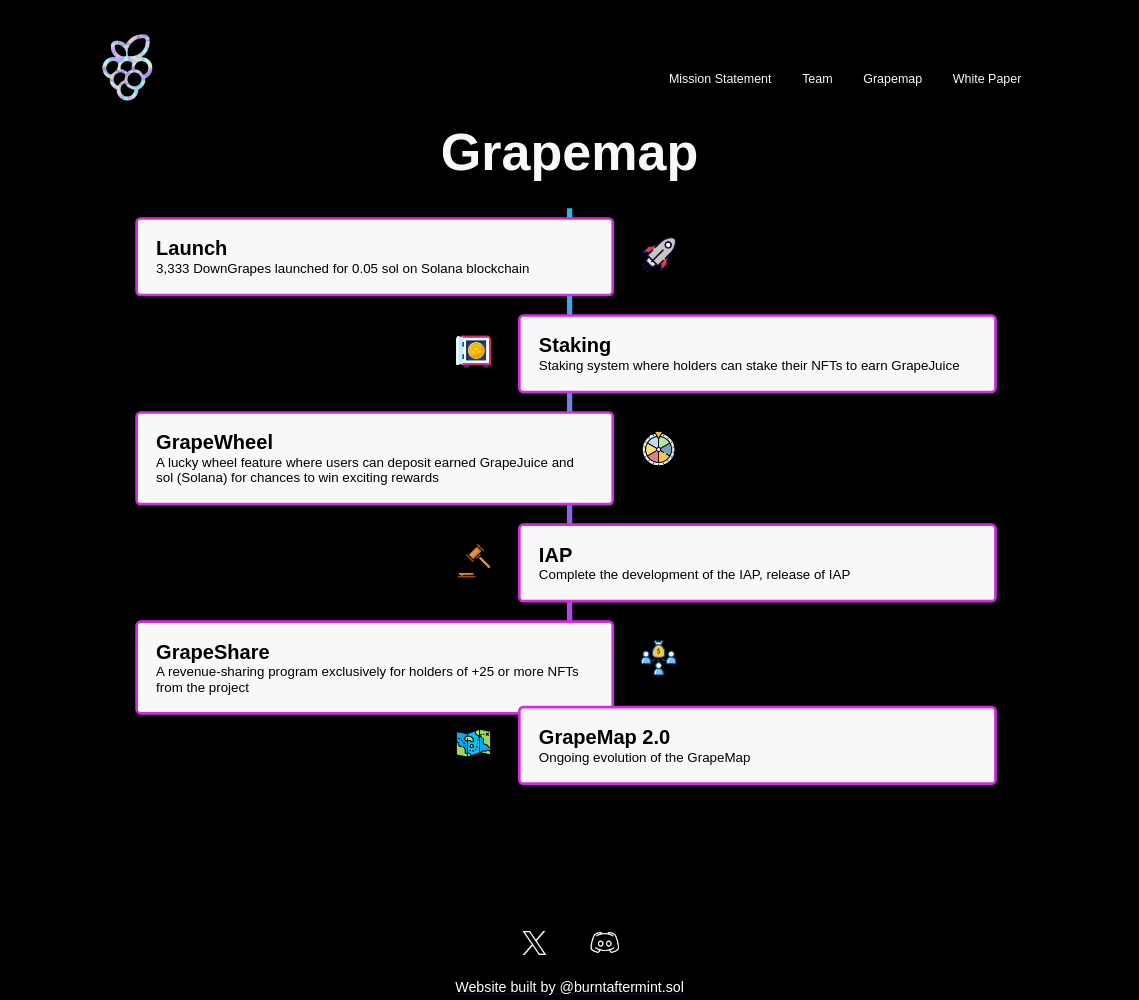
Repository: burntaftermint/downgrApes-NFTs
Page: grapemap.html
An editor plug-in stored every save of this project. The page is shown before and after the next save, followed by the edit.
The browser window is 1280 px wide. The pictures show the whole page, at 89% of full size.

Above is the page before, as saved 2023-11-11 05:23:08.

### grapemap.html
<!DOCTYPE html>
<html lang="en">
<head>
    <meta charset="UTF-8">
    <meta name="viewport" content="width=device-width, initial-scale=1.0">
    <title>DownGrapes</title>
    <link rel="icon" href="images/dg_pfp_hq_400x400.png" type="image/x-icon">
    <link rel="stylesheet" href="style.css">
</head>
<body>
    <div class="container">
        <div class="navbar">
            <a href="index.html"><img src="images/menu-small.png" class="logo"></a>
            <nav>
                <ul id="menuList">
                    <li><a href="index.html#Mission">Mission Statement</a></li>
                    <li><a href="index.html#TeamPart">Team</a></li>
                    <li><a href="#roadmap">Grapemap</a></li>
                    <li><a href="DowngrApes_IAP_WHITEPAPER.pdf" target="_blank">White Paper</a></li>


                </ul>
            </nav>
            <img src="images/icons8-menu-64.png" class="menu-icon"
            onclick="togglemenu()">
        </div>


    <section id="roadmap">
        <div class="roadmap-header">
        <h3>Grapemap</h3>
    </div>
        <div class="roadmap">

            <div class="roadmap-container left-container">
                <img src="images/rocket-launch.png" class="roadmap-logo">
                <div class="text-box">
                    <h2>Launch</h2>
                    <p>3,333 DownGrapes launched for 0.05 sol on Solana blockchain</p>
                </div>
            </div>
            <div class="roadmap-container right-container">
                <img src="images/proof-of-stake (1).png" class="roadmap-logo">
                <div class="text-box">
                    <h2>Staking</h2>
                    <p>Staking system where holders can stake their NFTs to earn GrapeJuice</p>
                </div>
            </div>
            <div class="roadmap-container left-container">
                <img src="images/wheel-of-fortune.png" class="roadmap-logo">
                <div class="text-box">
                    <h2>GrapeWheel</h2>
                    <p>A lucky wheel feature where users can deposit earned GrapeJuice and sol (Solana) for chances to win exciting rewards</p>
                </div>
            </div>
            <div class="roadmap-container right-container">
                <img src="images/gavel.png" class="roadmap-logo">
                <div class="text-box">
                    <h2>IAP</h2>
                    <p>Complete the development of the IAP, release of IAP</p>
                </div>
            </div>
            <div class="roadmap-container left-container">
                <img src="images/revenue.png" class="roadmap-logo">
                <div class="text-box">
                    <h2>GrapeShare</h2>
                    <p>A revenue-sharing program exclusively for holders of +25 or more NFTs from the project </p>
                </div>
            </div>
            <div class="roadmap-container right-container">
                <img src="images/treasure-map.png" class="roadmap-logo">
                <div class="text-box">
                    <h2>GrapeMap 2.0</h2>
                    <p>Ongoing evolution of the GrapeMap</p>
                </div>
            </div>
        </div>
    </section>
        <div class="social-links">
            <a href="https://twitter.com/DowngrApes_NFT" target="_blank"><img src="images/x.png"></a>
            <a href="https://discord.gg/7pSKxcd4rk" target="_blank"><img src="images/discord.png"></a>
        </div>
    </div>
    <div class="social__media">

        <a href="https://twitter.com/burntaftermint" target="_blank"><p class="website__rights">Website built by @burntaftermint.sol</p></a>
        <div class="social__icons">
            <a href="/" class="social__icon--link">

            </a>
        </div>
    </div>
    <script>
        var menuList = document.getElementById("menuList");

        menuList.style.maxHeight = "0px";

        function togglemenu() {

            if(menuList.style.maxHeight == "0px")
            {
                menuList.style.maxHeight = "130px";
            }
            else
            {
                menuList.style.maxHeight = "0px";
            }
        }
    </script>
</body>
</html>

### style.css
* {
    margin: 0;
    padding: 0;
    font-family: sans-serif;


}

body {
    background-color: black;
}

html{
    scroll-behavior: smooth;
}

.container {
    width: 100%;
    min-height: 100vh;
    padding-left: 8%;
    padding-right: 8%;
    box-sizing: border-box;
    overflow: hidden;
}

.navbar {
    width: 100%;
    display: flex;
    align-items: center;
}

.logo {
    width: 80px;
    cursor: pointer;
    margin: 30px 0;
}

.menu-icon {
    width: 25px;
    cursor: pointer;
    display: none;
}

nav {
    flex: 1;
    text-align: right;
}

nav ul li {
    list-style: none;
    display: inline-block;
    margin-right: 30px;
}

nav ul li a {
    text-decoration: none;
    color: #f8f8f8;
    font-size: 14px;
}

nav ul li a:hover {
    color: rgb(211, 43, 226);
}

.row {
    color: #f8f8f8;
    display: flex;
    justify-content: space-between;
    align-items: center;
    margin: 100px 0;
}
.col-1 {
    flex-basis: 40%;
    position: relative;
    margin-left: 50px;
}

.col-1 h2 {
    font-size: 54px;
}

.col-1 h4 {
    font-size: 30px;
    color: rgb(211, 43, 226);
    font-weight: 100;
    margin: 20px 0 10px;
}

button {
    width: 140px;
    border: 0;
    padding: 12px 10px;
    outline: none;
    color: #f8f8f8;
    background: linear-gradient(to right, rgb(43, 186, 226), rgb(211, 43, 226));
    border-radius: 6px;
    cursor: pointer;
}

.col-1::after {
    content: '';
    width: 10px;
    height:85%;
    background: linear-gradient( rgb(43, 186, 226), rgb(211, 43, 226));
    position: absolute;
    left: -40px;
    top: 8px;
}

.col-2 {
    position: relative;
    flex-basis: 60%;
    display: flex;
    align-items: center;
}

.col-2 .nft {
    width: 70%;
    padding-left: 100px;
}

.social-links img {
    height: 35px;
    margin: 20px;
    cursor: pointer;
}

.social-links {
    text-align: center;
}

.team-pic {
    display: flex;
    max-width: 1200px;
    width: 100%;
    flex-wrap: wrap;
    object-fit: cover;
    justify-content: center;
}

.member {
    width: 300px;
    height: 300px;
    object-fit: cover;
    object-position: bottom;
    padding: 5px;
}

.member:hover {
    cursor: pointer;
    opacity: 0.5;
    transition: 0.2s;
}

.member-link {
    text-decoration: solid;
    color: #f8f8f8;
}

.member-link:hover {
    color: rgb(211, 43, 226);
}

.roadmap {
    position: relative;
    max-width: 1200px;
    margin: 100px auto;
}
.roadmap-header {
    position: relative;
    max-width: 1200px;
    margin: 100px auto;
    color: #f8f8f8;
    font-size: 50px;
    text-align: center;
    margin-top: -20px;
    margin-bottom: -70px;
}

.roadmap-container {
    padding: 10px 50px;
    position: relative;
    width: 50%;
    border-radius: 6px;
    animation: movedown 1s linear forwards;
    opacity: 0;
}
@keyframes movedown {
    0% {
        opacity: 1;
        transform: translateY(-30px);
    }
    100% {
        opacity: 1;
        transform: translateY(0px);
    }
}

.roadmap-container:nth-child(1){
    animation-delay: 0s;
}
.roadmap-container:nth-child(2){
    animation-delay: 1s;
}
.roadmap-container:nth-child(3){
    animation-delay: 2s;
}
.roadmap-container:nth-child(4){
    animation-delay: 3s;
}
.roadmap-container:nth-child(5){
    animation-delay: 4s;
}
.roadmap-container:nth-child(6){
    animation-delay: 5s;
}

.left-container {
    left: 0;
}

.right-container {
    left: 40%;
}

.text-box {
    color: black;
    padding: 20px 20px;
    background: #f8f8f8;
    position: relative;
    border-radius: 6px;
    font-size: 15px;
    border-style: solid;
    border-color: rgb(211, 43, 226);


}
.text-box h2 {
    font-weight: 600;
}

.roadmap-container img {
    position: absolute;
    width: 40px;
    border-radius: 20%;
    right: -20px;
    top: 32px;
    z-index: 10;
}

.right-container img {
    left: -20px;
}

.roadmap::after {
    content: '';
    position: absolute;
    width: 6px;
    height: 100%;
    background: linear-gradient( rgb(43, 186, 226), rgb(211, 43, 226));
    top: 0;
    left: 50%;
    margin-left: -3px;
    z-index: -1;
    animation: moveline 6s linear forwards;
}
@keyframes moveline {
    0% {
        height: 0;
    }
    100% {
        height: 100%;
    }
}



.team-card h3 {
    color: #f8f8f8;
    font-size: 54px;
    text-align: center;
    padding-bottom: 10px;
}
.team-card p {
    color: rgb(211, 43, 226);
    font-size: 20px;
    text-align: center;
    padding-bottom: 10px;
}

.social__media .website__rights {

    color: #fff;
    text-align: center;
    text-decoration: none;
    padding-bottom: 5px;

}

.social__media .website__rights:hover {
    color: rgb(211, 43, 226);
}

.roadmap h3 {
    color: #f8f8f8;
    font-size: 54px;
    text-align: center;
    padding-bottom: 10px;
}

.banner {
    justify-content: center;

}

.banner img {
    width: 70%;
    display: block;
    margin: auto;
    padding-right: 20px;

}

.burnt {
    width: 60px;
    display: block;
    margin: auto;

}



@media only screen and (max-width:700px) {
    nav ul {
        width: 50%;
        background: transparent;
        position: absolute;
        top: 75px;
        right: 0;
        z-index: 2;
        padding-top: 10px;
    }

    nav ul li {
        display: block;
        margin-top: 10px;
        margin-bottom: 10px;
    }
    nav ul li a {
        color: #fff;
    }
    .menu-icon {
        display: block;
    }
    #menuList {
        overflow: hidden;
        transition: 0.5s;
    }

    .row {
        flex-direction: column-reverse;
        margin: 50px 0;
    }

    .col-2 {
        flex-basis: 100%;
        margin-right: 90px;
        margin-bottom: 30px;
        justify-content: center;
    }

    .col-2 .nft {
        width: 100%;
    }

    .col-1 {
        flex-basis: 100%;
    }

    .col-1 h2 {
        font-size: 35px;
    }

    .col-1 h4 {
        font-size: 20px;
    }

    .team-card h3 {
        color: #f8f8f8;
        font-size: 35px;
        text-align: center;
        padding-bottom: 10px;
    }

    .team-card p {
        color: rgb(211, 43, 226);
        font-size: 15px;
        text-align: center;
        padding-bottom: 10px;
    }

    .burnt {
        width: 50px;
        display: block;
        margin: auto;

    }

}

After the next save:
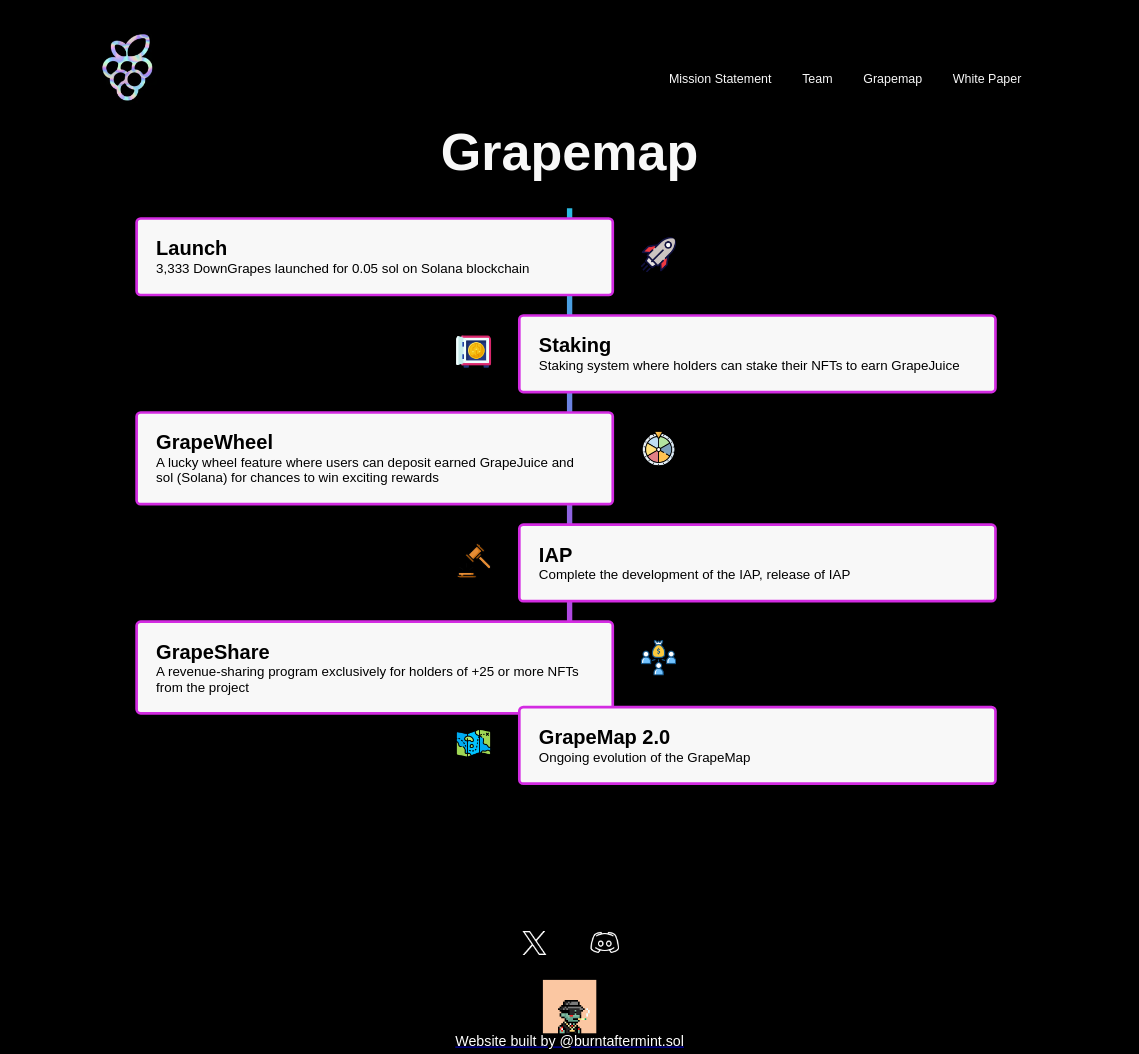
Saved 24 s later.
--- a/grapemap.html
+++ b/grapemap.html
@@ -82,7 +82,7 @@
         </div>
     </div>
     <div class="social__media">
-
+        <a href="https://twitter.com/burntaftermint" target="_blank"><img src="images/burntaftermint.png" class="burnt"></a>
         <a href="https://twitter.com/burntaftermint" target="_blank"><p class="website__rights">Website built by @burntaftermint.sol</p></a>
         <div class="social__icons">
             <a href="/" class="social__icon--link">
